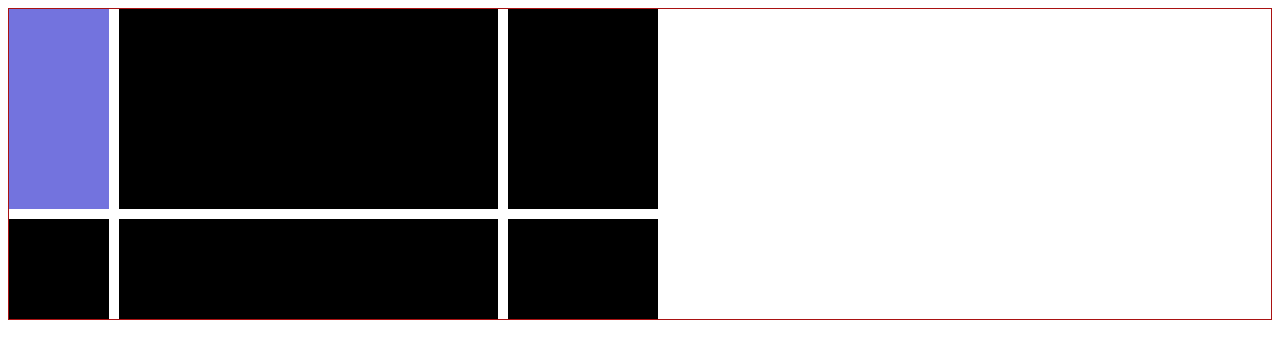
Repository: IrinaGetmanenko/week6
Page: tables.html
The author's editor kept a copy of each file at every save. The page is drawn from the files as they stood at one save, then again after the next save.
The browser window is 1280 px wide. The pictures show the whole page.

Above is the page before, as saved 2022-09-01 16:01:21.

### tables.html
<!DOCTYPE html>
<html lang="en">
<head>
    <meta charset="UTF-8">
    <meta http-equiv="X-UA-Compatible" content="IE=edge">
    <meta name="viewport" content="width=device-width, initial-scale=1.0">
    <title>Document</title>
</head>
<style>

.container {
  display: grid;
  border: 1px solid rgb(169, 18, 18);
  grid-template-columns: 100px 30% 150px;
  grid-template-rows: 200px 100px;
  gap: 10px;
}

.item1 {
    background-color: rgba(95, 95, 217, 0.87);
}
.item2 {
    background-color: black;
}
.item3 {
    background-color: black;
}
.item4 {
    background-color: black;
}
.item5 {
    background-color: black;
}
.item6 {
    background-color: black;
}

</style>
<body>
        <div class="container">
        <div class="item item1"></div>
        <div class="item item2"></div>
        <div class="item item3"></div>
        <div class="item item4"></div>
        <div class="item item5"></div>
        <div class="item item6"></div>
      </div>
</body>
</html>

After the next save:
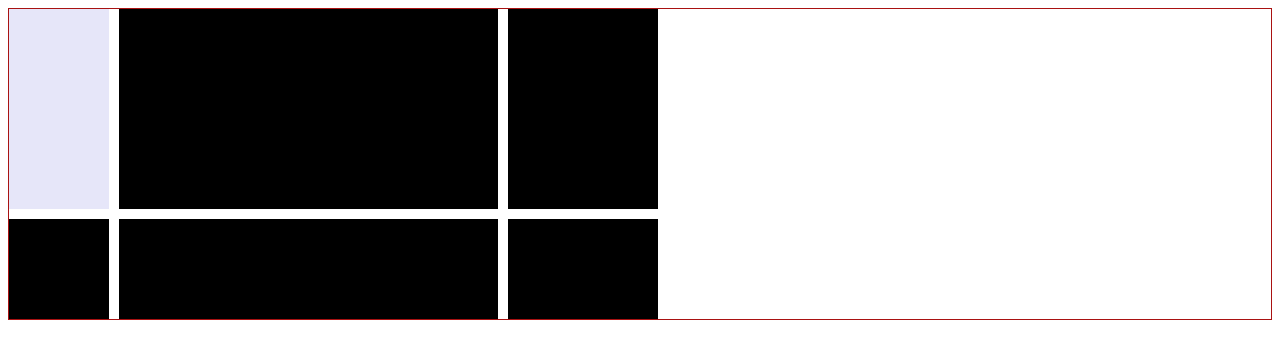
Saved 15 s later.
--- a/tables.html
+++ b/tables.html
@@ -17,7 +17,7 @@
 }
 
 .item1 {
-    background-color: rgba(95, 95, 217, 0.87);
+    background-color: rgba(95, 95, 217, 0.153);
 }
 .item2 {
     background-color: black;
